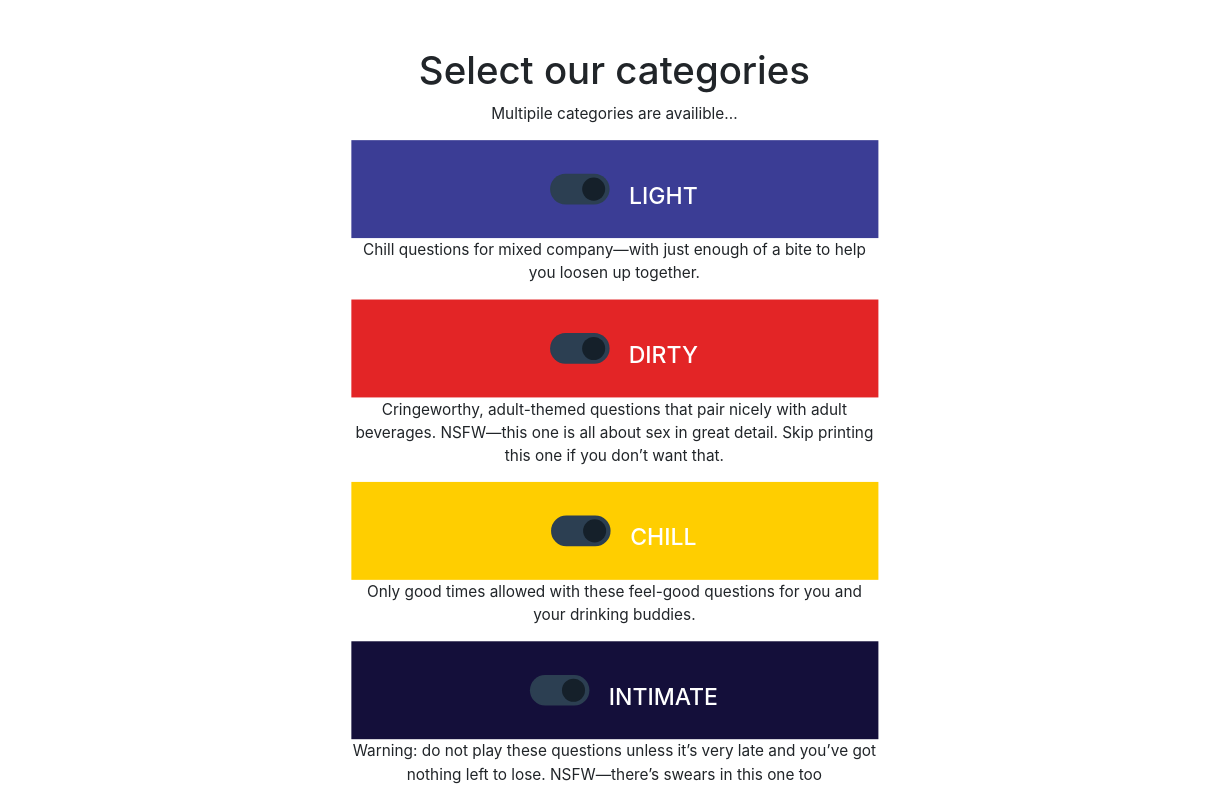
Repository: RafaelAshurov/TruthOrDrink
Page: /chose-your-categories
These files come from the project's save history. The page is drawn as it stood at one moment and after the next save; the edit follows.
The browser window is 1280 px wide. The pictures show the whole page, at 96% of full size.
The project was rebuilt for these pictures with package versions that can differ from the ones it lists, and the page was loaded fresh each time. Also part of the build but not shown: src/components/HelloWorld.vue, src/views/Home.vue.

Above is the page before, as saved 2020-10-09 16:16:42.

After the next save:
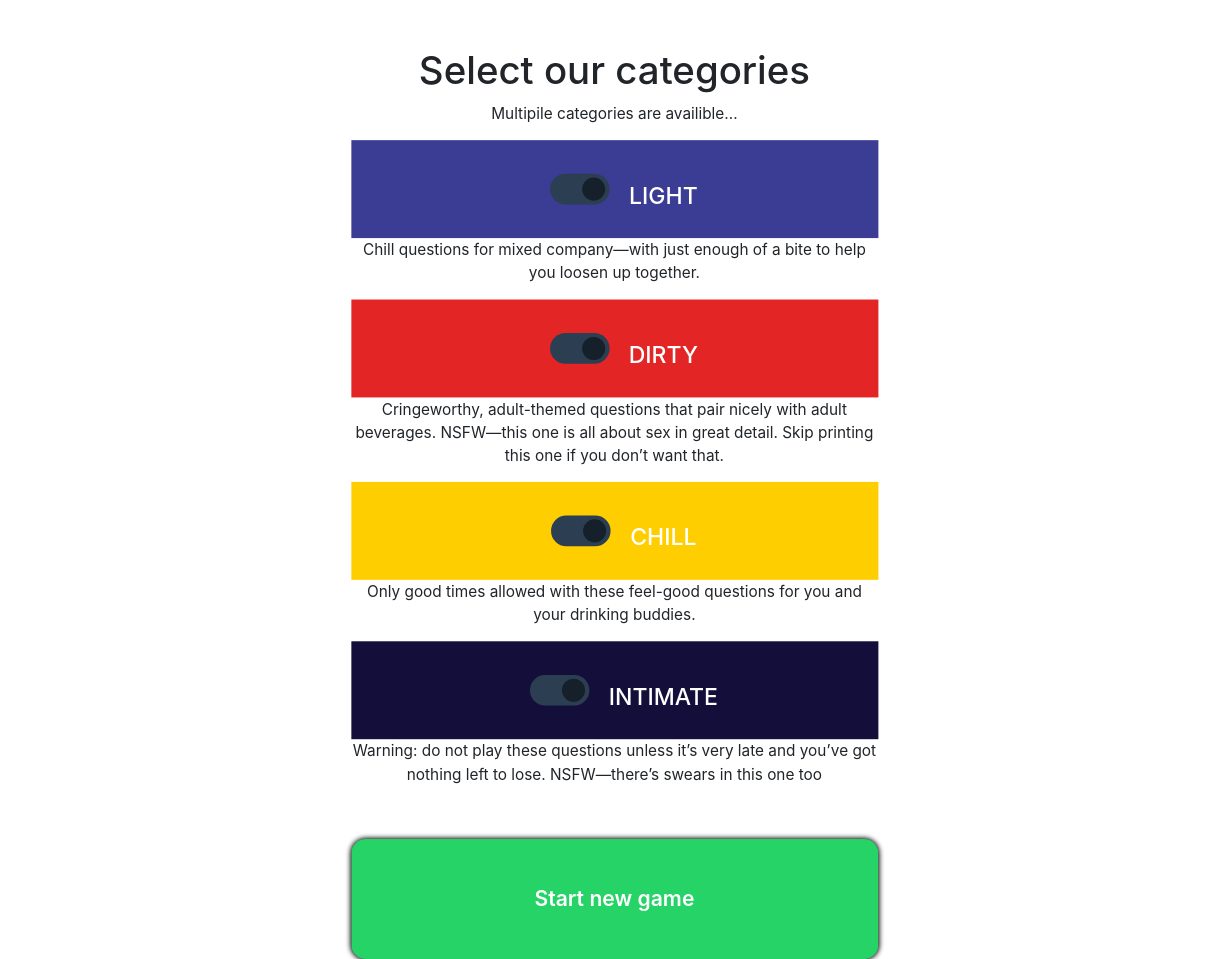
Saved 4 min 45 s later.
--- a/src/views/CategorySelect.vue
+++ b/src/views/CategorySelect.vue
@@ -28,6 +28,11 @@
                 </p>
             </div>
         </div>
+        <div class="start-game-btn-wrapper">
+            <button @click="startNewGame()" type="button" class="btn btn-bg">
+                Start new game
+            </button>
+        </div>
     </div>
 </template>
 
